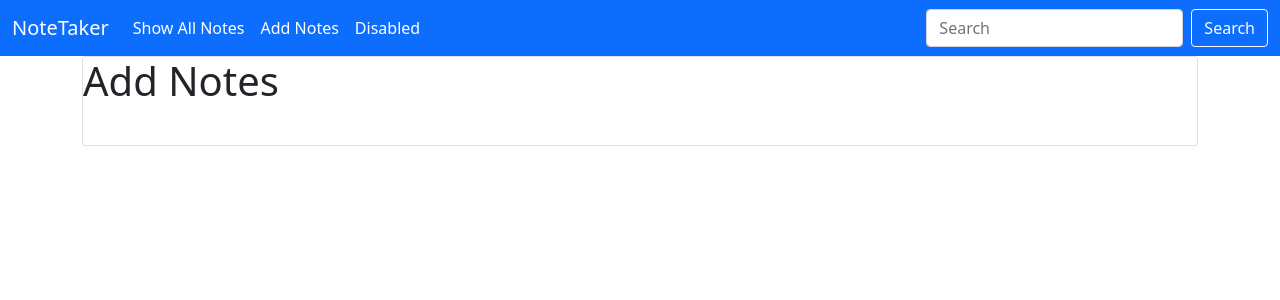
Repository: Shubham-Kumar-cmd/Hibernate
Page: http://localhost/NoteTakerApp/addNotes.jsp
The author's editor kept a copy of each file at every save. The page is drawn from the files as they stood at one save, then again after the next save.
The browser window is 1280 px wide. The pictures show the whole page.
The page is served by Tomcat 9. Other server files are loaded and not shown.

Above is the page before, as saved 2023-02-07 12:28:03.

### NoteTakerApp/src/main/webapp/addNotes.jsp
<%@ page language="java" contentType="text/html; charset=ISO-8859-1"
    pageEncoding="ISO-8859-1"%>
    <%@include file="header.jsp" %>
<!DOCTYPE html>
<html>
<head>
<meta charset="ISO-8859-1">
<link
	href="https://cdn.jsdelivr.net/npm/bootstrap@5.0.2/dist/css/bootstrap.min.css"
	rel="stylesheet"
	integrity="sha384-EVSTQN3/azprG1Anm3QDgpJLIm9Nao0Yz1ztcQTwFspd3yD65VohhpuuCOmLASjC"
	crossorigin="anonymous">
<title>Add Notes</title>
</head>
<body>

<div class="container">
	<div class="card">
		<div class="card-head">
			<h1>Add Notes</h1>
		</div>
		<div class="card-body">

		</div>
	</div>
</div>
</body>
</html>

### NoteTakerApp/src/main/webapp/header.jsp
<%@ page language="java" contentType="text/html; charset=ISO-8859-1"
	pageEncoding="ISO-8859-1"%>
<!DOCTYPE html>
<html>
<head>
<meta charset="ISO-8859-1">
<link
	href="https://cdn.jsdelivr.net/npm/bootstrap@5.0.2/dist/css/bootstrap.min.css"
	rel="stylesheet"
	integrity="sha384-EVSTQN3/azprG1Anm3QDgpJLIm9Nao0Yz1ztcQTwFspd3yD65VohhpuuCOmLASjC"
	crossorigin="anonymous">
<title>Header</title>
</head>
<body>
	<nav class="navbar navbar-expand-lg navbar-primary bg-primary">
		<div class="container-fluid">
			<a class="navbar-brand text-white" href="#">NoteTaker</a>

			<div class="collapse navbar-collapse" id="navbarSupportedContent">
				<ul class="navbar-nav me-auto mb-2 mb-lg-0">
					<li class="nav-item"><a class="nav-link active text-white"
						aria-current="page" href="showAllNotes.jsp">Show All Notes</a></li>
					<li class="nav-item"><a class="nav-link text-white" href="addNotes.jsp">Add Notes</a></li>

					<li class="nav-item"><a class="nav-link text-white" href="#"
						tabindex="-1" aria-disabled="false">Disabled</a></li>
				</ul>
				<form class="d-flex">
					<input class="form-control me-2" type="search" placeholder="Search"
						aria-label="Search">
					<button class="btn btn-outline-light" type="submit">Search</button>
				</form>
			</div>
		</div>
	</nav>
</body>
</html>

After the next save:
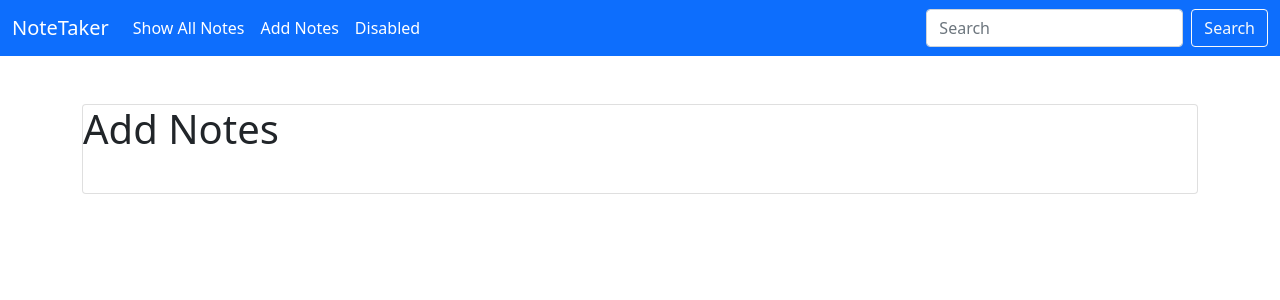
Saved 16 s later.
--- a/NoteTakerApp/src/main/webapp/addNotes.jsp
+++ b/NoteTakerApp/src/main/webapp/addNotes.jsp
@@ -14,7 +14,7 @@
 </head>
 <body>
 
-<div class="container">
+<div class="container mt-5">
 	<div class="card">
 		<div class="card-head">
 			<h1>Add Notes</h1>
